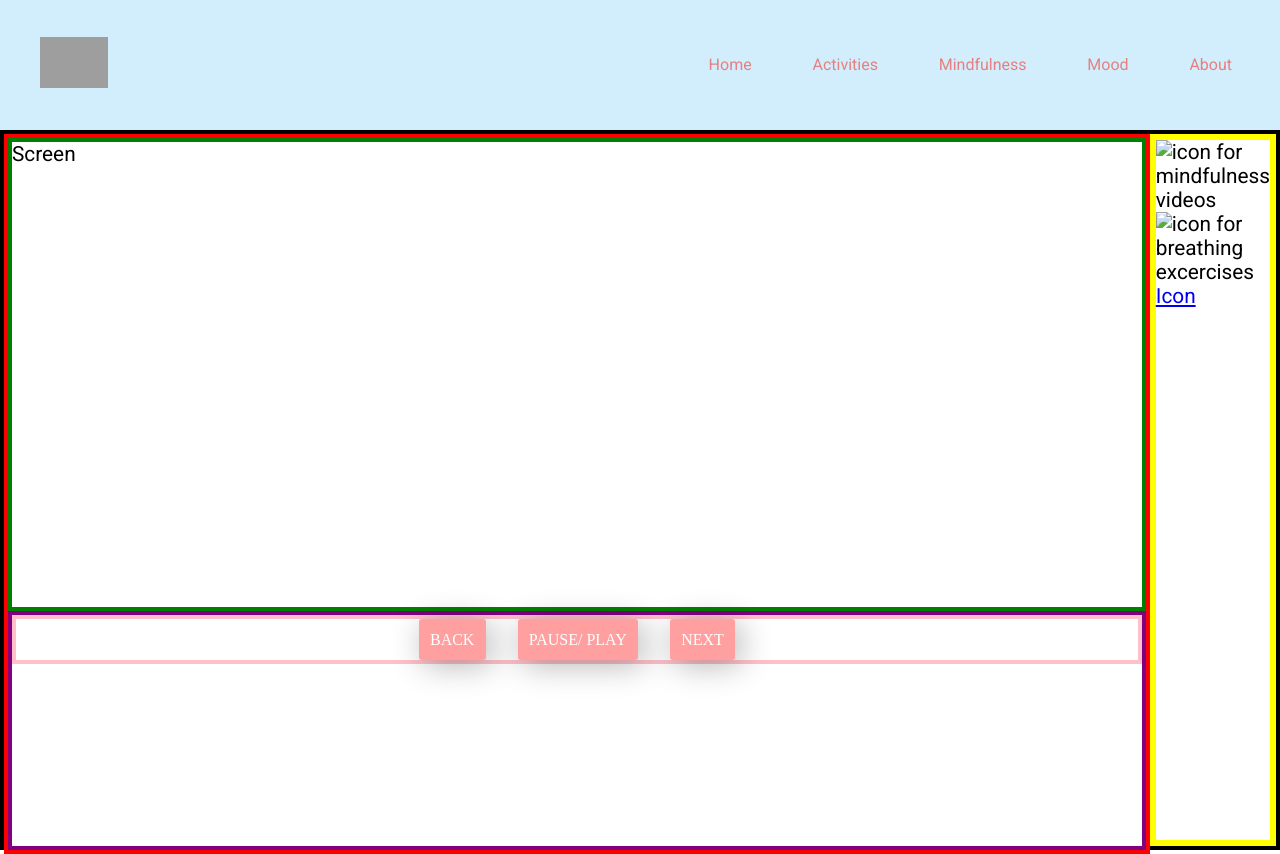
Repository: Nafisa-Huda/HealthierMind
Page: public/mindfulness.html
These files come from the project's save history. The page is drawn as it stood at one moment and after the next save; the edit follows.
The browser window is 1280 px wide. The pictures show the whole page.
Pictures or frames that could not be fetched are drawn as grey boxes. Some web fonts or font styles are not loaded; a fallback is used.

Above is the page before, as saved 2022-07-16 13:41:18.

### public/mindfulness.html
<!DOCTYPE html>
<html lang="en">

<head>
    <meta charset="UTF-8">
    <meta http-equiv="X-UA-Compatible" content="IE=edge">
    <meta name="viewport" content="width=device-width, initial-scale=1.0">
    <title>HealthyMind</title>
    <link rel="preconnect" href="https://fonts.googleapis.com">
    <link rel="preconnect" href="https://fonts.gstatic.com" crossorigin>
    <link
        href="https://fonts.googleapis.com/css2?family=Caveat+Brush&family=Fredoka+One&family=Roboto&family=Source+Sans+Pro:wght@300&display=swap"
        rel="stylesheet">
    <link rel="stylesheet" href="https://unpkg.com/swiper@8/swiper-bundle.min.css" />
    <link rel="stylesheet" href="css/mindfulness.css">
</head>

<body>
    <header>
        <div class="container row">
            <a href="index.html"><img class="logo" src="https://i.ibb.co/xLGc6jC/Healthy-Mind-logo.png"
                    alt="healthy-mind-logo"></a>
            <nav class="nav">
                <ul class="nav__list">
                    <li class="nav__item"><a href="index.html" class="nav__link">Home</a></li>
                    <li class="nav__item"><a href="activities.html" class="nav__link">Activities</a></li>
                    <li class="nav__item"><a href="mindfulness.html" class="nav__link">Mindfulness</a></li>
                    <li class="nav__item"><a href="tracker.html" class="nav__link">Mood</a></li>
                    <li class="nav__item"><a href="about.html" class="nav__link">About</a></li>
                </ul>
            </nav>
        </div>
    </header>
    <section>
        <div class="container__video">
            <div class="wrapper">
                <div class="screen"> Screen </div>
                <div class="controls">
                    <div class="control__panel">
                        <button class="back">back</button>
                        <button class="pauplay"> Pause/ Play </button>
                        <button class="next">Next</button>
                    </div>
                </div>
            </div>
            <div class="sidebar">
                <img src="#" alt="icon for mindfulness videos" />
                <img src="#" alt="icon for breathing excercises" />
                <span><a href="parents__info"><!--icon for parents but we'll make it a modal--> Icon</a></span>
            </div>
        </div>
    </section>
    <!-- Slider main container -->
    <!-- <section class="swiper">
    <div class="swiper-wrapper">
      <div class="swiper-slide">Slide 1</div>
      <div class="swiper-slide">Slide 2</div>
      <div class="swiper-slide">Slide 3</div>
    </div>
    <div class="swiper-pagination"></div>
    <div class="swiper-button-prev"></div>
    <div class="swiper-button-next"></div>
</section> -->

    <script src="https://unpkg.com/swiper@8/swiper-bundle.min.js"></script>
    <script src="js/mindfulness.js"></script>
</body>

</html>

### public/css/mindfulness.css
*,
*::before,
*::after {
  box-sizing: border-box;
  margin: 0;
  padding: 0;
}

body {
  max-width: 100%;
  font-family: "Roboto", sans-serif;
  font-size: 1.3rem;
  overflow:hidden;
}
html {
  scroll-behavior: smooth;
  scroll-padding-top: (--scroll-padding, 100px);
}

/*scrollbar*/
::-webkit-scrollbar {
  width: 0.7em;
}
::-webkit-scrollbar-track {
  background: antiquewhite;
}
::-webkit-scrollbar-thumb {
  background: linear-gradient(10deg, #69488a, #f18d8d);
}

header{
  background-color: #d2edfc;
  height: 3%;
}
.container {
  width: 100vw;
  height: 18vh;
  margin: 0 auto;
}
.main {
  height: 100vh;
}

.hero {
  display: flex;
  background-color: #d2edfc;
}
.hero h1 {
  font-family: caveat brush;
  text-align: center;
  margin-top: 0%;
  font-size: 3em;
}

.hero p {
  padding: 0 0.5em;
  margin-top: 0;
  text-align: center;
}

  .hero__text{
    width: 50%;
    margin: 8rem 0 4rem 2rem;
    display: flex;
    flex-direction: column;
    align-items: center;
    justify-content: flex-start;
  }

.row {
  display: flex;
  justify-content: space-between;
  align-items: center;
  width: 100%;
}

.logo {
  width: 15%;
  height: 100%;
  margin-left: 2.5rem;
  margin-right: 1rem;
}

.nav {
    display: flex;
    justify-content: space-between;
    align-items: center;
    max-width: 100%;
}

.nav__list {
  margin: 0;
  list-style: none;
  display: flex;
  align-items: center;
  font-size: 2rem;
}

.nav__item {
  display: flex;
  flex-direction: row;
  padding: 0.8rem;
  padding-right: 3rem;
  /* padding-right: 9rem; */
}
.nav__link {
  text-decoration: none;
  font-size: initial;
  font-weight: 200;
  color: #e68080;
}

.nav__link--button {
  padding: 0.25em 1em;
}

.nav__link:hover {
  opacity: 0.75;
}

.swiper {
    width:60vw;
    height: 70vh;
    margin: 0 auto;
    margin-top: 2rem;
    background-color: rgb(244, 244, 141);
    border-radius: 2rem;
  }
.container__video{
  border: 0.3rem solid black;
  height: 100vh;
  display: flex;
  flex-direction: row;
  width: 100%;
}
.wrapper{
  border: 0.3rem solid red;
  height: 100vh;
  width: 100%;
  display: flex;
  flex-direction: column;
}
.screen{
  border: 0.3rem solid green;
  width: 100%;
  height: 100%;
}
.sidebar{
  border: 0.4rem solid yellow;
  width: 10%;
  display: flex;
  flex-direction: column;
}
.controls{
  border: 0.3rem solid purple;
  width: 100%;
  height: 50%;
}
.control__panel{
  border: 0.3rem solid pink;
  width: 100%;
  display: flex;
  justify-content: center;
  gap: 2rem;
}
.back,
.next,
.pauplay{
  background: none;
  border-radius: 0.75rem;
  padding: 0.7rem;
  font-family: caveat brush;
  text-transform: uppercase;
  background: #ff9f9f;
  color: #fff;
  font-size: medium;
  border: none;
  border-radius: 3px;
  cursor: pointer;
  box-shadow:  0.3rem 0.3rem 2rem rgb(0 0 0 / 30%);
  }

  .back:hover,
  .next:hover,
  .pauplay:hover{
    background:#f99292;
  }

Loaded but not shown: public/mindfulness.js (common file)

After the next save:
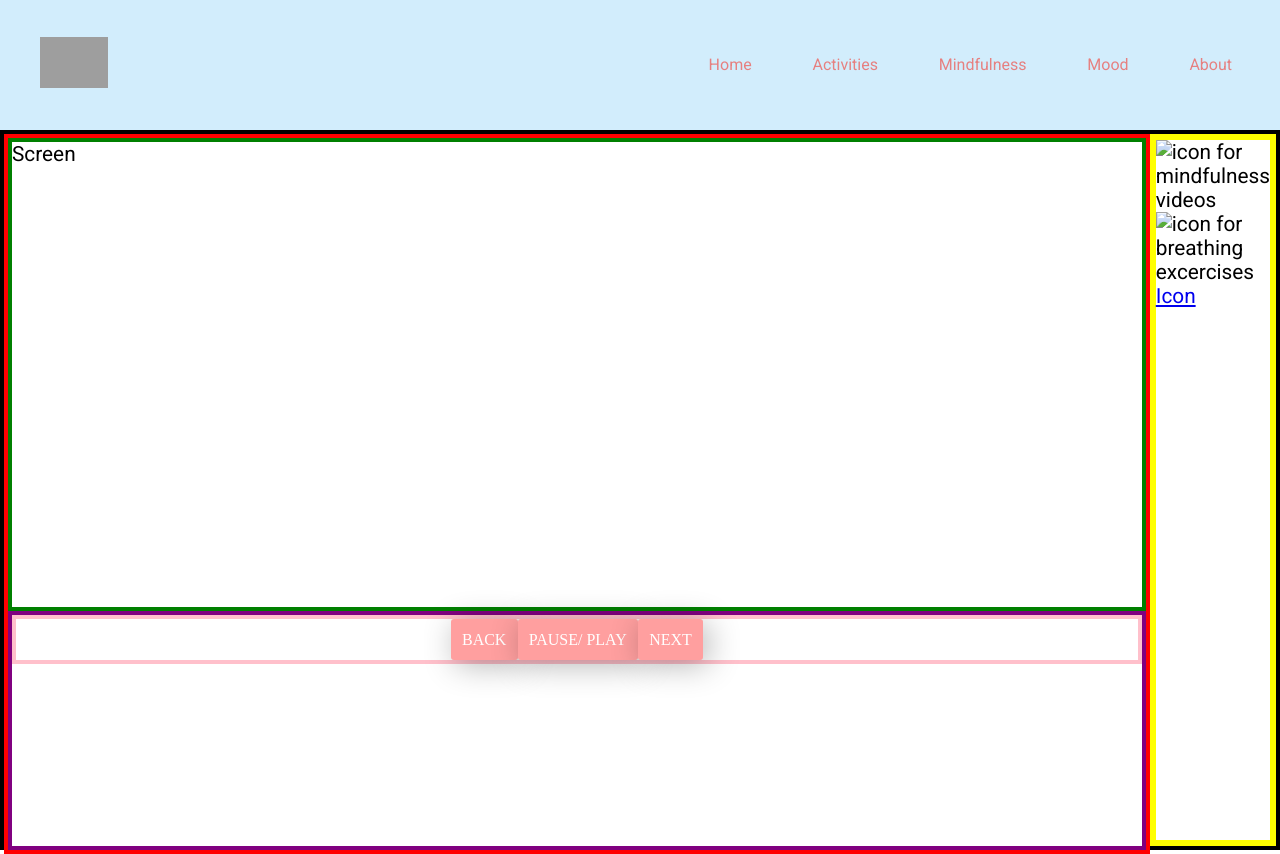
Saved 19 s later.
--- a/public/css/mindfulness.css
+++ b/public/css/mindfulness.css
@@ -161,6 +161,7 @@
   width: 100%;
   display: flex;
   justify-content: center;
+  align
   gap: 2rem;
 }
 .back,

After the save that followed:
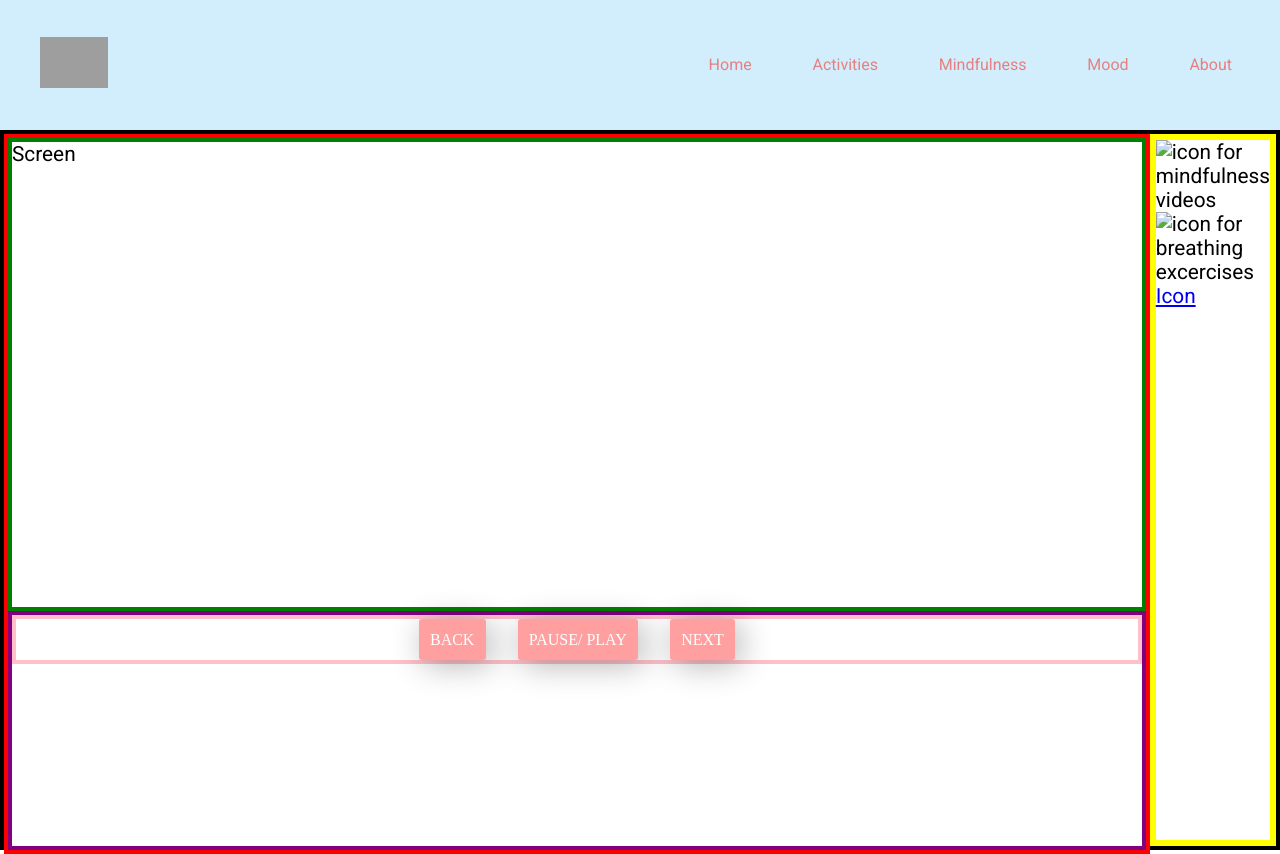
Saved 4 s later.
--- a/public/css/mindfulness.css
+++ b/public/css/mindfulness.css
@@ -161,7 +161,7 @@
   width: 100%;
   display: flex;
   justify-content: center;
-  align
+  align-content: center;
   gap: 2rem;
 }
 .back,
